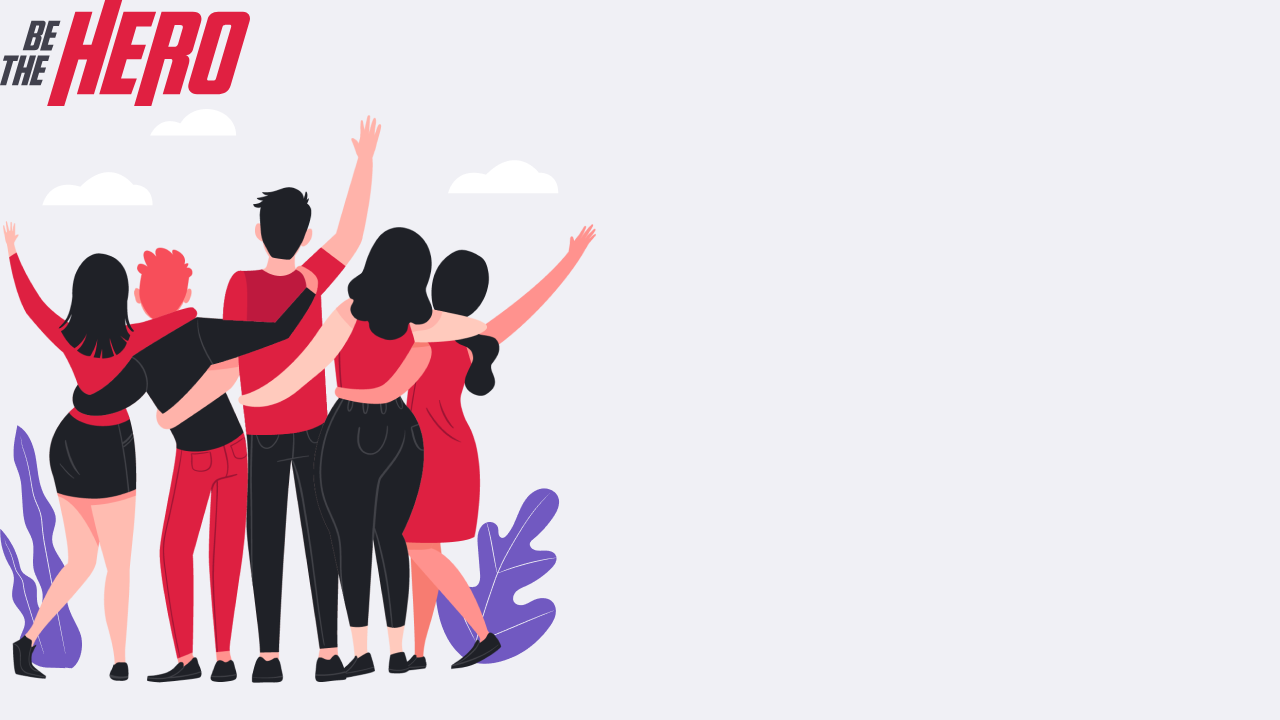
Repository: s7Thiago/semana-omnistack-11.0
Page: / (app in front-end/)
An editor plug-in stored every save of this project. The page is shown before and after the next save, followed by the edit.
The browser window is 1280 px wide. The pictures show the whole page.
The project was rebuilt for these pictures with package versions that can differ from the ones it lists, and the page was loaded fresh each time.

Above is the page before, as saved 2020-03-26 20:05:27.

After the next save:
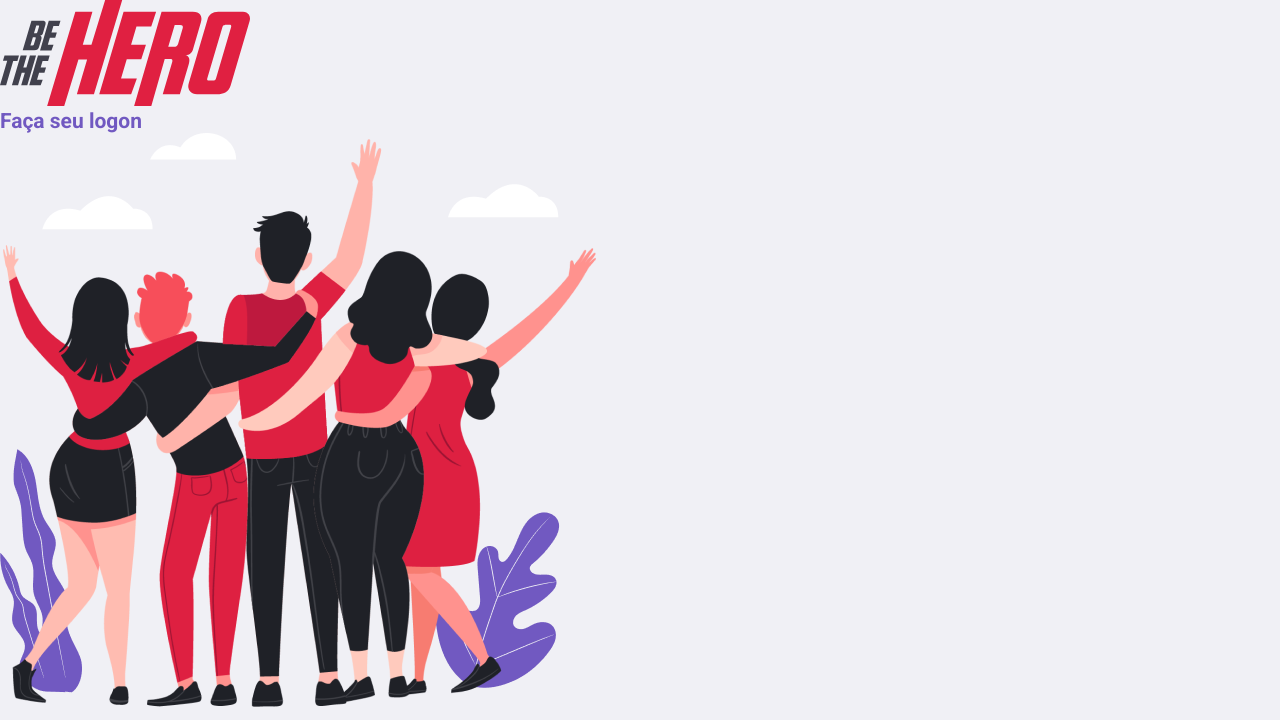
Saved 90 s later.
--- a/front-end/src/pages/Logon/index.js
+++ b/front-end/src/pages/Logon/index.js
@@ -9,7 +9,14 @@ export default function Logon() {
     return (
         <div className="logon-container">
             <section className="form">
+                {/* Logo */}
                 <img src={logoImg} alt="Be the Hero" />
+
+                {/* Formulário */}
+                <form>
+                    <h1>Faça seu logon</h1>
+                </form>
+
             </section>
             <img src={heroesImg} alt='Heroes' />
         </div>
